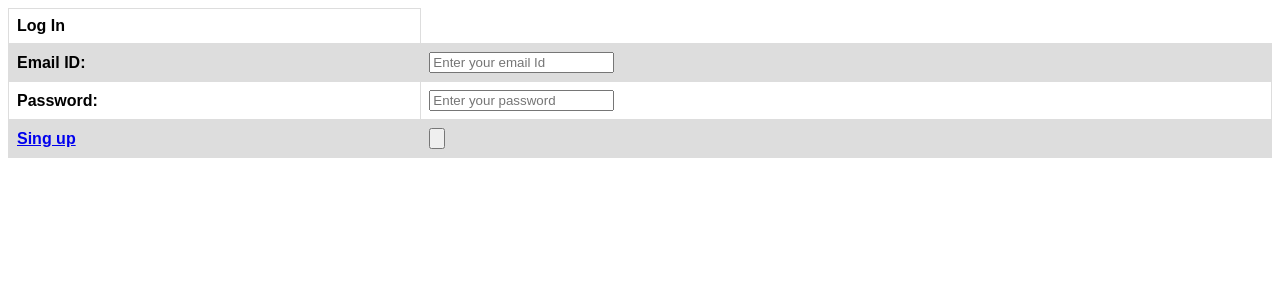
Repository: akki1071993/JavaServlet
Page: HttpServletFilterDemo/src/main/webapp/login.html
An editor plug-in stored every save of this project. The page is shown before and after the next save, followed by the edit.
The browser window is 1280 px wide. The pictures show the whole page.

Above is the page before, as saved 2022-06-15 10:04:33.

### HttpServletFilterDemo/src/main/webapp/login.html
<!DOCTYPE html>
<html>
<head>
<meta charset="ISO-8859-1">
<title>Insert title here</title>
<link rel="stylesheet" href="table.css">
</head>
<body>
<form action="login" method="post">
<table>
		<tr>
			<th colspan="1"> Log In</th>
		</tr>
		<tr>
			<th>Email ID: </th>
			<th><input type="text" name="email" placeholder="Enter your email Id"></th>
		</tr>
		<tr>
			<th>Password: </th>
			<th><input type="text" name="pass" placeholder="Enter your password"></th>
		</tr>
		<tr>
			<th><a href="register.html">Sing up</a></th>
			<th><input type="button" ></i></th>
		</tr>
	</table>

</form>
</body>
</html>

### HttpServletFilterDemo/src/main/webapp/table.css
@charset "ISO-8859-1";

table {
  font-family: arial, sans-serif;
  border-collapse: collapse;
  width: 100%;
}

td, th {
  border: 1px solid #dddddd;
  text-align: left;
  padding: 8px;
}

tr:nth-child(even) {
  background-color: #dddddd;
}

After the next save:
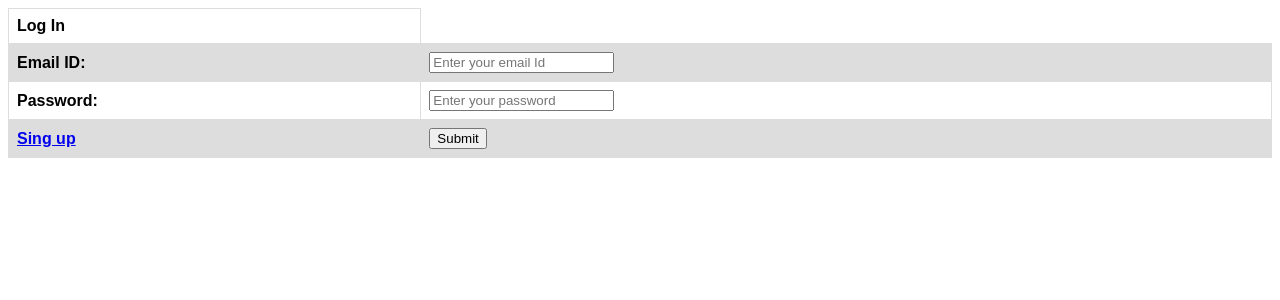
Saved 19 s later.
--- a/HttpServletFilterDemo/src/main/webapp/login.html
+++ b/HttpServletFilterDemo/src/main/webapp/login.html
@@ -21,7 +21,7 @@
 		</tr>
 		<tr>
 			<th><a href="register.html">Sing up</a></th>
-			<th><input type="button" ></i></th>
+			<th><input type="submit" ></i></th>
 		</tr>
 	</table>
 
